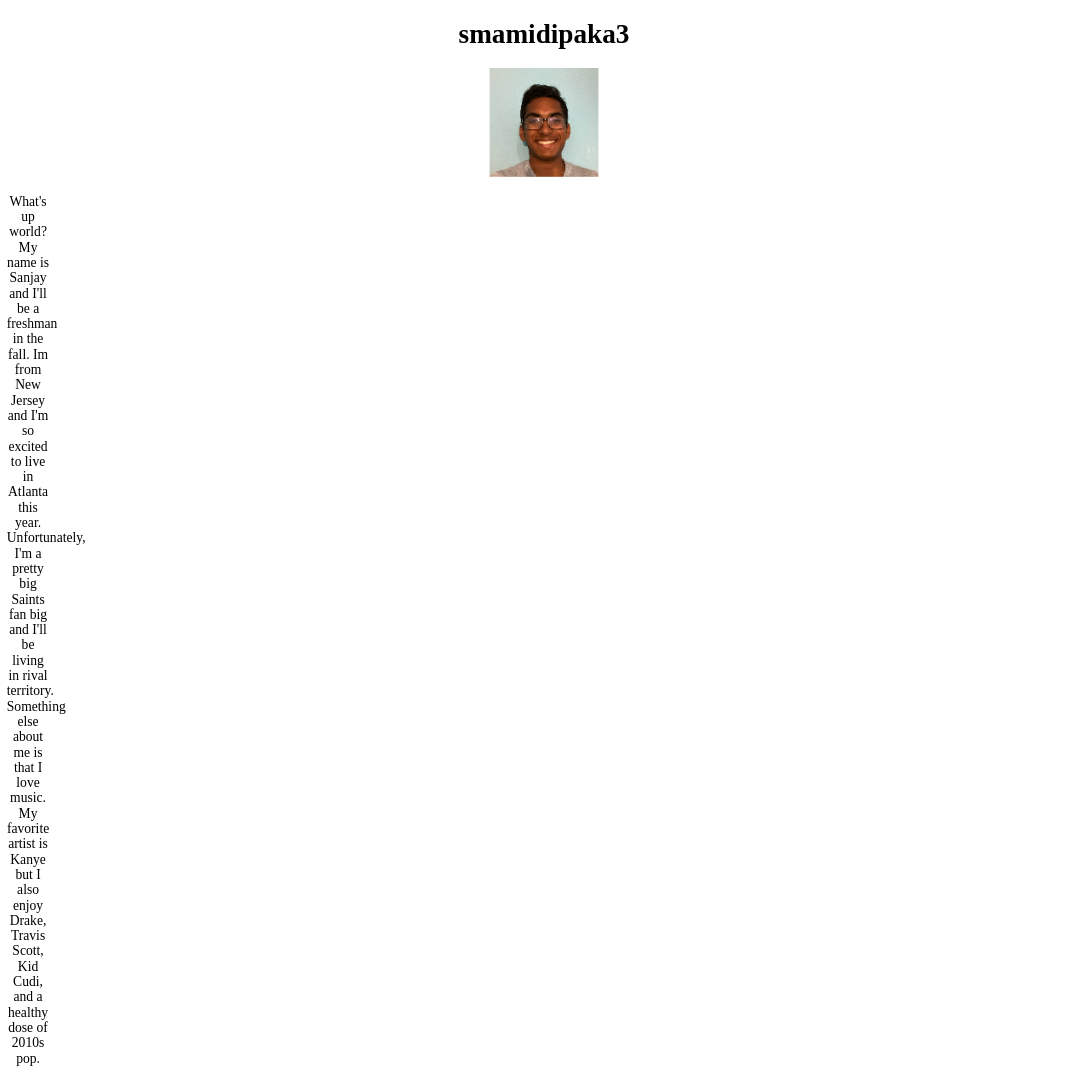
Repository: sanjayMamidipaka/cs1301
Page: lab01/index.html
These files come from the project's save history. The page is drawn as it stood at one moment and after the next save; the edit follows.
The browser window is 1280 px wide. The pictures show the whole page, at 85% of full size.

Above is the page before, as saved 2021-07-22 15:58:16.

After the next save:
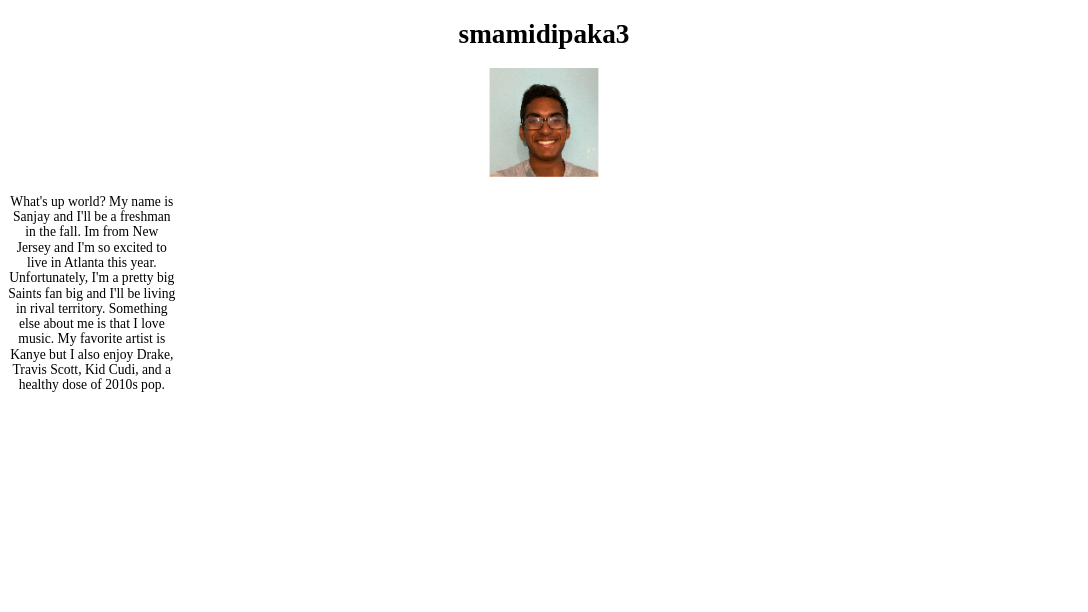
Saved 8 s later.
--- a/lab01/style.css
+++ b/lab01/style.css
@@ -3,5 +3,5 @@
 }
 
 .description {
-    width: 50px
+    width: 200px
 }
